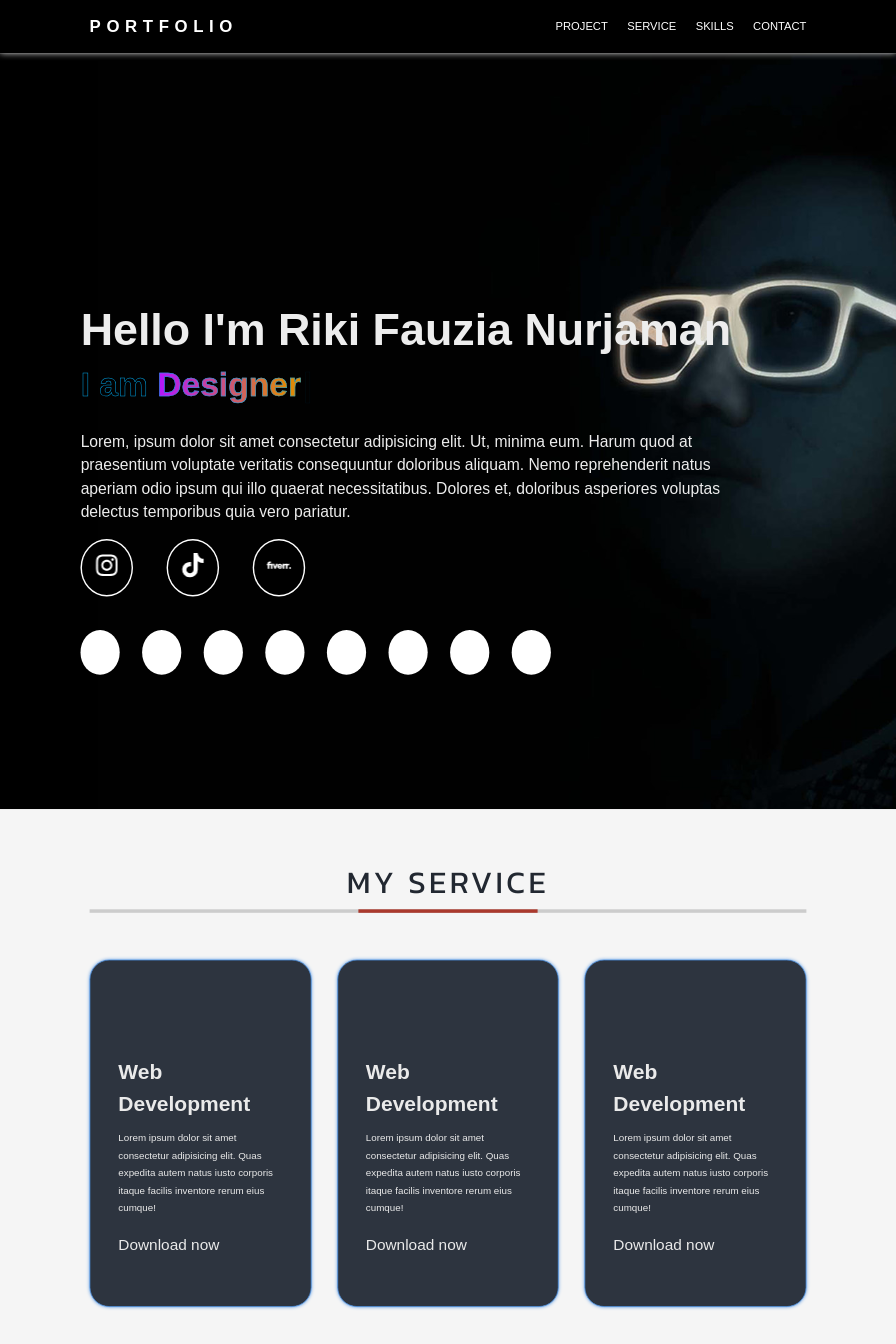
Repository: sellayspy/Portofolio
Page: /
An editor plug-in stored every save of this project. The page is shown before and after the next save, followed by the edit.
The browser window is 1280 px wide. The pictures show the part of the page from y = 0 to 1920 px (the page is 6003 px tall before and 5955 px after), at 70% of full size.
The project was rebuilt for these pictures with package versions that can differ from the ones it lists, and the page was loaded fresh each time. Also part of the build but not shown: vite.config.js, src/styles/DetailPortfolio.css, src/components/ScrollToTop.jsx, src/pages/DetailPortfolio.jsx, src/pages/PagesNotFound.jsx.

Above is the page before, as saved 2024-09-16 22:01:42.

### index.html
<!DOCTYPE html>
<html lang="en">
  <head>
    <meta charset="UTF-8" />
    <link rel="icon" type="image/svg+xml" href="/vite.svg" />
    <meta name="viewport" content="width=device-width, initial-scale=1.0" />
    <title>Portofolio RikiFN</title>
  </head>
  <body>
    <div id="root"></div>
    <script type="module" src="/src/main.jsx"></script>
  </body>
</html>

### src/App.jsx
import "./App.css";
import Home from "./pages/Home";
import DetailPortfolio from "./pages/DetailPortfolio";

import { BrowserRouter, Routes, Route } from "react-router-dom";
import PagesNotFound from "./pages/PagesNotFound";

const App = () => {
  return (
    <BrowserRouter>
      <Routes>
        <Route path="/" element={<Home />} />
        <Route path="/portfolio/:id" element={<DetailPortfolio />} />
        <Route path="/pages-not-found" element={<PagesNotFound />} />
        <Route path="*" element={<PagesNotFound />} />
      </Routes>
    </BrowserRouter>
  );
};

export default App;

### src/App.css
/* Global */
@import url("https://fonts.googleapis.com/css2?family=Nunito+Sans:opsz,wght@6..12,300&display=swap");
@import url("https://fonts.googleapis.com/css2?family=Kanit&display=swap");

html,
body {
  margin: 0px;
  padding: 0px;
  border: none;
  outline: none;
  box-sizing: border-box;
  text-decoration: none;
  scroll-behavior: smooth;
  font-family: "poppins", sans-serif;
}
.wrapper {
  width: 1024px;
  margin: auto;
  padding: 20px 0px 20px 0px;
}

section {
  padding: 50px 0px 50px 0px;
}

.wrapper > h3,
.wrapper > h1 {
  text-align: center;
  font-size: 2.8rem;
  margin: 0px 0px 30px 0px;
  padding: 0px;
  font-family: "Kanit", sans-serif;
  color: #222831;
  letter-spacing: 5px;
  text-transform: uppercase;
  border-bottom: 5px solid #cccccc;
}
.wrapper > h3::after,
.wrapper > h1::after {
  content: "";
  display: block;
  border-bottom: 5px solid #aa392d;
  width: 25%;
  position: relative;
  bottom: -5px; /* your padding + border-width */
  margin: auto;
}

@media only screen and (max-width: 1000px) {
  .wrapper {
    width: 80%;
  }
}

### src/pages/Home.jsx
import About from "../components/About";
import Contact from "../components/Contact";
import Experience from "../components/Experience";
import Footer from "../components/Footer";
import Header from "../components/Header";
import Navbar from "../components/Navbar";
import Portfolio from "../components/Portfolio";
import Service from "../components/Service";

function Home() {
  return (
    <>
      <Navbar />
      <Header />
      <Service />
      <Portfolio />
      <Experience />
      <Contact />
      <About />
      <Footer />
    </>
  );
}

export default Home;

### src/components/About.jsx
import { FaHtml5 } from "react-icons/fa";
import { IoLogoJavascript } from "react-icons/io";
import { FaCss3 } from "react-icons/fa";
import { FaLaravel } from "react-icons/fa";
import { FaReact } from "react-icons/fa";
import { RiTailwindCssFill } from "react-icons/ri";
import { SiCoreldraw } from "react-icons/si";
import { SiAdobephotoshop } from "react-icons/si";
import "../styles/About.css";

const About = () => {
  return (
    <section id="about">
      <div className="wrapper">
        <h3>About</h3>
        <p>
          Lorem ipsum dolor sit amet consectetur adipisicing elit. Totam magni,
          dolorum, explicabo obcaecati ut impedit officiis quae non natus
          praesentium ex, excepturi asperiores laboriosam distinctio vitae
          cupiditate nulla debitis consectetur?
        </p>
        <p>
          Lorem ipsum dolor sit amet consectetur, adipisicing elit. Corporis,
          similique.
        </p>
        <p>Lorem ipsum dolor sit amet.</p>
        <h4>Programing Language & Tools</h4>
        <div className="skills">
          <FaHtml5 />
          <FaCss3 />
          <IoLogoJavascript />
          <RiTailwindCssFill />
          <FaLaravel />
          <FaReact />
          <SiCoreldraw />
          <SiAdobephotoshop />
        </div>
      </div>
    </section>
  );
};

export default About;

### src/components/Contact.jsx
import "../styles/Contact.css";

const Contact = () => {
  return (
    <section className="contact" id="contact">
      <div className="wrapper">
        <h3 style={{ color: "#fff" }}>Contact</h3>

        <div className="contact-form">
          <form action="">
            <input type="text" placeholder="Name" required />
            <input type="text" placeholder="Email" required />
            <textarea
              name=""
              id=""
              cols="30"
              rows="10"
              placeholder="Message"
              required
            ></textarea>
            <input type="submit" value="Send" name="" className="send-btn" />
          </form>
        </div>
      </div>
    </section>
  );
};

export default Contact;

### src/components/Footer.jsx
import "../styles/Footer.css";

const Footer = () => {
  return <footer>&copy; 2024. Riki Fauzia Nurjaman</footer>;
};

export default Footer;

### src/components/Header.jsx
import { FaHtml5 } from "react-icons/fa";
import { IoLogoJavascript } from "react-icons/io";
import { FaCss3 } from "react-icons/fa";
import { FaLaravel } from "react-icons/fa";
import { FaReact } from "react-icons/fa";
import { RiTailwindCssFill } from "react-icons/ri";
import { SiCoreldraw } from "react-icons/si";
import { SiAdobephotoshop } from "react-icons/si";
import { FaInstagram } from "react-icons/fa";
import { FaTiktok } from "react-icons/fa";
import { SiFiverr } from "react-icons/si";
import { useTypewriter, Cursor } from "react-simple-typewriter";
import "../styles/Header.css";
const Header = () => {
  const [text] = useTypewriter({
    words: ["Student", "Web Developer", "Designer"],
    loop: true,
  });

  const title = "Hello I'm Riki Fauzia Nurjaman";

  return (
    <header>
      <div className="header-jumbotron">
        <h1>
          {title.split("").map((letra) => (
            <span className="animated-tex">{letra}</span>
          ))}
        </h1>
        <h2>
          I am <span className="type-animation">{text}</span>
          <Cursor />
        </h2>

        <p>
          Lorem, ipsum dolor sit amet consectetur adipisicing elit. Ut, minima
          eum. Harum quod at praesentium voluptate veritatis consequuntur
          doloribus aliquam. Nemo reprehenderit natus aperiam odio ipsum qui
          illo quaerat necessitatibus. Dolores et, doloribus asperiores voluptas
          delectus temporibus quia vero pariatur.
        </p>
        <div className="socialMedia">
          <a href="https://www.instagram.com/rikifauzianurjaman/">
            <span>
              <FaInstagram />
            </span>
          </a>
          <a href="https://www.tiktok.com/@officialspylike">
            <span>
              <FaTiktok />
            </span>
          </a>
          <a href="https://www.fiverr.com/rikifauzianurja">
            <span>
              <SiFiverr />
            </span>
          </a>
        </div>
        <div className="mySkill">
          <span>
            <FaHtml5 />
          </span>
          <span>
            <FaCss3 />
          </span>
          <span>
            <IoLogoJavascript />
          </span>
          <span>
            <RiTailwindCssFill />
          </span>
          <span>
            <FaLaravel />
          </span>
          <span>
            <FaReact />
          </span>
          <span>
            <SiCoreldraw />
          </span>
          <span>
            <SiAdobephotoshop />
          </span>
        </div>
      </div>
    </header>
  );
};

export default Header;

### src/components/Navbar.jsx
import { FaBars } from "react-icons/fa6";
import { IoClose } from "react-icons/io5";
import "../styles/Navbar.css";
import { useState } from "react";
import { HashLink } from "react-router-hash-link";
import { Link } from "react-router-dom";

const Navbar = () => {
  const [statusTampil, setStatusTampil] = useState("");

  const tampilMenu = () => {
    if (statusTampil == "") {
      setStatusTampil("tampil");
    } else {
      setStatusTampil("");
    }
  };
  return (
    <nav>
      <div className="wrapper">
        <div className="logo">
          <Link to="/">Portfolio</Link>
        </div>
        <button onClick={tampilMenu}>
          {statusTampil == "" ? <FaBars /> : <IoClose />}
        </button>
        <div className={`menu ${statusTampil}`} onClick={tampilMenu}>
          <ul>
            <li>
              <HashLink to="/#portfolio">Project</HashLink>
            </li>
            <li>
              <HashLink to="/#service">Service</HashLink>
            </li>
            <li>
              <HashLink to="/#experience">Skills</HashLink>
            </li>
            <li>
              <HashLink to="/#contact">Contact</HashLink>
            </li>
          </ul>
        </div>
      </div>
    </nav>
  );
};

export default Navbar;

### src/components/Portfolio.jsx
import { portfolioList } from "../data/DataPortfolio";

import { Link } from "react-router-dom";

import "../styles/Portfolio.css";

const Portfolio = () => {
  return (
    <section id="portfolio">
      <div className="wrapper">
        <h3 style={{ color: "#fff" }}>Project</h3>
        <div className="grid">
          <div className="row">
            {portfolioList.map((item) => {
              return (
                <div className="item" key={item.id}>
                  <Link to={`/portfolio/${item.id}`}>
                    <img src={item.image} />
                    <h5>{item.title}</h5>
                    <p>{item.skill}</p>
                  </Link>
                </div>
              );
            })}
          </div>
        </div>
      </div>
    </section>
  );
};

export default Portfolio;

### src/components/Service.jsx
import "../styles/Service.css";

const Service = () => {
  return (
    <section id="service" className="service">
      <div className="wrapper">
        <h3>My Service</h3>

        <div className="service-grid">
          <div className="box">
            <img src="" alt="" />
            <h3>Web Development</h3>
            <p>
              Lorem ipsum dolor sit amet consectetur adipisicing elit. Quas
              expedita autem natus iusto corporis itaque facilis inventore rerum
              eius cumque!
            </p>
            <a href="">
              Download now <i className="ri-arrow-right-line"></i>
            </a>
          </div>
          <div className="box">
            <img src="" alt="" />
            <h3>Web Development</h3>
            <p>
              Lorem ipsum dolor sit amet consectetur adipisicing elit. Quas
              expedita autem natus iusto corporis itaque facilis inventore rerum
              eius cumque!
            </p>
            <a href="">
              Download now <i className="ri-arrow-right-line"></i>
            </a>
          </div>
          <div className="box">
            <img src="" alt="" />
            <h3>Web Development</h3>
            <p>
              Lorem ipsum dolor sit amet consectetur adipisicing elit. Quas
              expedita autem natus iusto corporis itaque facilis inventore rerum
              eius cumque!
            </p>
            <a href="">
              Download now <i className="ri-arrow-right-line"></i>
            </a>
          </div>
        </div>
      </div>
    </section>
  );
};

export default Service;

### src/data/DataPortfolio.jsx
import portfolio1 from "../assets/portfolio1.png";
import portfolio2 from "../assets/portfolio2.png";
import portfolio3 from "../assets/portfolio3.png";
import portfolio4 from "../assets/portfolio4.png";
import portfolio5 from "../assets/portfolio5.png";
import portfolio6 from "../assets/portfolio6.png";

export const portfolioList = [
  {
    id: "1",
    title: "Website Portofolio",
    image: portfolio1,
    skill: "html, css, javascript",
  },
  {
    id: "2",
    title: "Website Portofolio2",
    image: portfolio2,
    skill: "laravel, react, api, typescript, tailwind",
  },
  {
    id: "3",
    title: "Website Portofolio3",
    image: portfolio3,
    skill: "react, javascript, css, html",
  },
  {
    id: "4",
    title: "Website Portofolio4",
    image: portfolio4,
    skill: "reactjs, typescript, tailwind, nodejs",
  },
  {
    id: "5",
    title: "Desain Grafis Portofolio",
    image: portfolio5,
    skill: "adobephotoshop, coreldraw",
  },
  {
    id: "6",
    title: "Desain Grafis Portofolio2",
    image: portfolio6,
    skill: "adobephotoshop, coreldraw",
  },
];

### src/styles/About.css
#about {
  background-color: #c8a2c8;
  position: relative;
  font-size: 1.2rem;
}
#about > .wrapper {
  margin: auto;
  width: 50%;
}
#about > .wrapper > h3 {
  text-align: center;
  font-size: 2.8rem;
  margin: 0px 0px 30px 0px;
  padding: 0px;
  font-family: "Kanit", sans-serif;
  color: #333;
  letter-spacing: 5px;
  text-transform: uppercase;
}
#about > .wrapper > p {
  text-align: center;
}

#about > .wrapper > h4 {
  text-align: center;
  font-size: 1.4rem;
  margin: 0px 0px 20px 0px;
  padding: 0px;
  font-family: "Kanit", sans-serif;
  letter-spacing: 5px;
  color: #333;
}
.skills {
  text-align: center;
}
.skills > svg {
  display: inline-block;
  color: #74797e;
  width: 50px;
  height: auto;
  margin: 10px;
  cursor: pointer;
}

.skills > svg:hover {
  color: #aa392d;
}

@media only screen and (max-width: 1000px) {
  #about > .wrapper {
    width: 80%;
  }
}

### src/styles/Contact.css
#contact {
  background-color: #556b2f;
  color: #fff;
}

.contact-form {
  display: flex;
  align-items: center;
  justify-content: center;
  margin-top: 4.2rem;
}

.contact-form from {
  position: relative;
  width: 600px;
}

form input,
form textarea {
  width: 100%;
  padding: 20px;
  border: none;
  outline: none;
  box-shadow: 0 0 5px #fff;
  background: #3e522d;
  color: #fff;
  margin-bottom: 20px;
  border-radius: 8px;
}

form input::placeholder,
form textarea::placeholder {
  color: #cccccc;
  font-size: 12px;
}
form input:hover,
form textarea:hover {
  box-shadow: 0 0 10px #6b8e23;
}

form .send-btn {
  display: inline-block;
  padding: 11px 26px;
  background: #6b8e23;
  color: white;
  border: 2px solid #3e522d;
  border-radius: 8px;
  font-size: 15px;
  font-weight: 600;
  transition: all 0.5s ease;
  width: 30%;
}

form .send-btn:hover {
  background: transparent;
  color: #ffd700;
  box-shadow: 0 0 20px #ffd700;
  cursor: pointer;
}

### src/styles/Experience.css
#experience {
  background-color: #f0f0f0;
  position: relative;
}

.vertical-timeline-element-title {
  color: #333333; /* Hitam untuk judul */
}
.vertical-timeline-element-subtitle {
  color: #666666; /* Abu-abu gelap untuk subtitle */
}

### src/styles/Footer.css
footer {
  background-color: #2f4f4f;
  text-align: center;
  line-height: 100px;
  color: #fff;
  letter-spacing: 5px;
}

### src/styles/Header.css
:root {
  --bg-color: #081b29;
  --second-bg-color: #112e43;
  --text-color: #ededed;
  --main-color: #00abf0;
}

header {
  background-color: var(--bg-color);
  color: var(--text-color);
  padding: 10rem 9% 2rem;
}

header {
  background: url(../assets/background.jpg);
  background-position: center;
  background-size: cover;
}

.header-jumbotron {
  width: 60rem;
  padding: 10rem 0;
}

.header-jumbotron h1 {
  font-size: 4rem;
  line-height: 1;
}

.animated-tex {
  cursor: pointer;
  transition: all 0.5s cubic-bezier(0.175, 0.885, 0.3);
  color: #7f7f7;
}
.animated-tex:hover {
  color: ##1e9bff;
  color: ##1e9bff;
  transform: scale(3);
  text-shadow: 0 0 5px #1e9bff, 0 0 25px #1e9bff;
  -webkit-text-stroke: 0.1rem #ff56a4;
}

.header-jumbotron h2 {
  margin-top: -20px;
  font-size: 3rem;
  color: transparent;
  -webkit-text-stroke: 0.7px var(--main-color);
  line-height: 1;
}

.type-animation {
  background: linear-gradient(270deg, #df8908 10%, #b415ff 100%);
  background-clip: text;
  -webkit-background-clip: text;
  -webkit-text-fill-color: transparent;
}

.header-jumbotron p {
  font-size: 1.4rem;
  line-height: 1.5;
}

.socialMedia {
  color: #fff;
  display: flex;
  gap: 3rem;
}

.socialMedia a {
  position: relative;
  background: #fff;
  color: #fff;
  border-radius: 50%;
  padding: 20px 20px;
  transition: 0.5s;
}
.socialMedia a:hover {
  background: #1e9bff;
  color: #1e9bff;
  box-shadow: 0 0 25px #1e9bff;
  transform: scale(1.5);
}
.socialMedia a::before {
  content: "";
  position: absolute;
  inset: 2px;
  background: black;
  border-radius: 50%;
}

.socialMedia > a > span > svg {
  height: 35px;
  width: auto;
}

.socialMedia a span {
  position: relative;
  z-index: 1;
}

.mySkill {
  color: #fff;
  display: flex;
  gap: 2rem;
  margin-top: 3rem;
}

.mySkill span {
  position: relative;
  background: #fff;
  color: #fff;
  border-radius: 50%;
  padding: 20px 20px;
  transition: 0.5s;
}

### src/styles/Navbar.css
nav {
  background-color: black;
  color: #fff;
  position: sticky;
  top: 0;
  z-index: 100;
  text-transform: uppercase;
  box-shadow: 0px 0px 10px #fff;
}
nav > .wrapper {
  display: flex;
  justify-content: space-between;
  align-items: center;
}

.menu {
  width: 35%;
}

.logo {
  display: flex;
  align-items: center;
}
.logo > a {
  color: #fff;
  text-decoration: none;
  font-size: 1.5rem;
  font-weight: 900;
  letter-spacing: 8px;
}
.menu > ul {
  display: flex;
  list-style-type: none;
  margin: 0px;
  padding: 0px;
  justify-content: space-between;
  font-weight: bold;
}

.menu > ul > li > a {
  position: relative;
  text-decoration: none;
  color: #fff;
}

.menu > ul > li > a::before {
  content: "";
  position: absolute;
  top: 100%;
  left: 0;
  width: 0;
  height: 2px;
  background: yellow;
  box-shadow: 0px 0px 10px yellow;
  transition: 0.3s;
}

.menu > ul > li > a:hover::before {
  width: 100%;
}

nav > .wrapper > button {
  cursor: pointer;
  display: none;
  position: absolute;
  right: 10px;
  top: 10px;
  border: 0px;
  background-color: transparent;
  padding: 0px;
}
nav > .wrapper > button > svg {
  color: #fff;
  font-size: 50px;
}
@media only screen and (max-width: 1000px) {
  .menu > ul {
    display: none;
  }
  .menu.tampil > ul {
    display: inline;
  }
  .menu {
    text-align: right;
  }
  nav > .wrapper > button {
    display: inline;
  }
  .menu > ul {
    flex-direction: column;
    background-color: #060d1c;
    width: 100%;
    position: fixed;
    top: 70px;
    left: 0;
  }
  .menu > ul > li {
    text-align: left;
    cursor: pointer;
  }
  .menu > ul > li > a {
    display: inline-block;
    padding: 15px 20px 15px 50px;
    width: 100%;
  }
  .menu > ul > li > a:hover {
    background-color: #000;
  }
}

### src/styles/Portfolio.css
#portfolio {
  background-color: #001f3f;
}

.row {
  display: grid;
  grid-template-columns: 30% 30% 30%;
  grid-gap: 25px;
  align-items: center;
  justify-content: center;
}

.grid .item a {
  text-decoration: none;
  color: #ffffff;
  transition: color 0.3s ease;
}
.grid .item:hover a {
  color: #00e0ff;
}

.row .item a > h5 {
  font-size: 16px;
  font-weight: 800;
}

.row > .item > a > img {
  width: 100%;
  border-radius: 10px;
  margin-bottom: 1rem;
  transition: all 0.3s ease;
}

.grid .item {
  background: #2d343f;
  border-radius: 28px;
  border: 1px solid #ffffff;
  box-shadow: 0 0 5px #00e0ff;
  padding: 20px;
  transition: all 0.5s ease;
}
.grid .item:hover {
  border: 1px solid #00e0ff;
  box-shadow: 0 0 8px #00e0ff;
  transform: translateY(-5px) scale(1.03);
  cursor: pointer;
}

@media only screen and (max-width: 1000px) {
  .grid {
    grid-template-columns: 45% 45%;
  }
}

### src/styles/Service.css
#service {
  background-color: #f5f5f5;
  color: #fff;
}

.service-grid {
  display: grid;
  grid-template-columns: repeat(auto-fit, minmax(300px, auto));
  align-items: center;
  gap: 2.3rem;
  margin-top: 4.2rem;
}

.box {
  padding: 80px 40px 66px;
  background: #2d343f;
  border-radius: 28px;
  border: 1px solid #4a90e2;
  box-shadow: 0 0 5px #4a90e2;
  transition: all 0.5s ease;
  cursor: pointer;
}
.box img {
  margin-bottom: 20px;
}
.box h3 {
  font-size: 30px;
  font-weight: 700;
  margin-bottom: 10px;
  color: #eaeaea;
}
.box p {
  font-size: 14px;
  font-weight: 400;
  line-height: 25px;
  margin-bottom: 20px;
  color: #eaeaea;
}
.box a {
  display: inline-block;
  font-size: 22px;
  line-height: 1.273em;
  padding: 7px 0;
  color: #eaeaea;
  transition: all 0.5s ease;
  tex-decoration: none;
}
.box:hover {
  border: 1px solid #5ba4ff;
  box-shadow: 0 0 8px #5ba4ff;
  transform: translateY(-5px) scale(1.03);
}

Loaded but not shown: src/main.jsx (common file); src/index.css (common file); src/components/Experience.jsx (108 lines, source omitted)

After the next save:
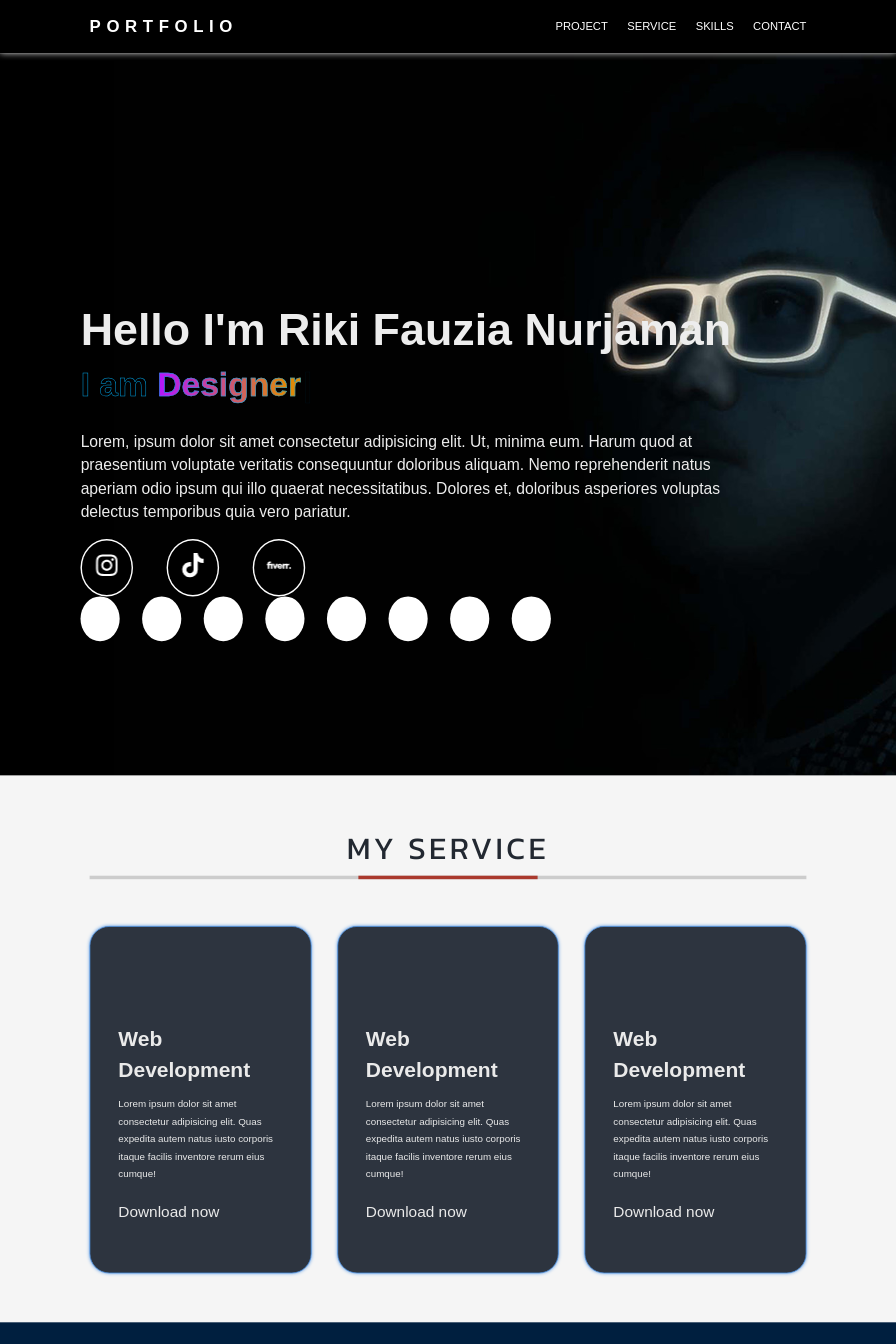
Saved 18 s later.
--- a/src/styles/Header.css
+++ b/src/styles/Header.css
@@ -102,7 +102,6 @@ header {
   color: #fff;
   display: flex;
   gap: 2rem;
-  margin-top: 3rem;
 }
 
 .mySkill span {
